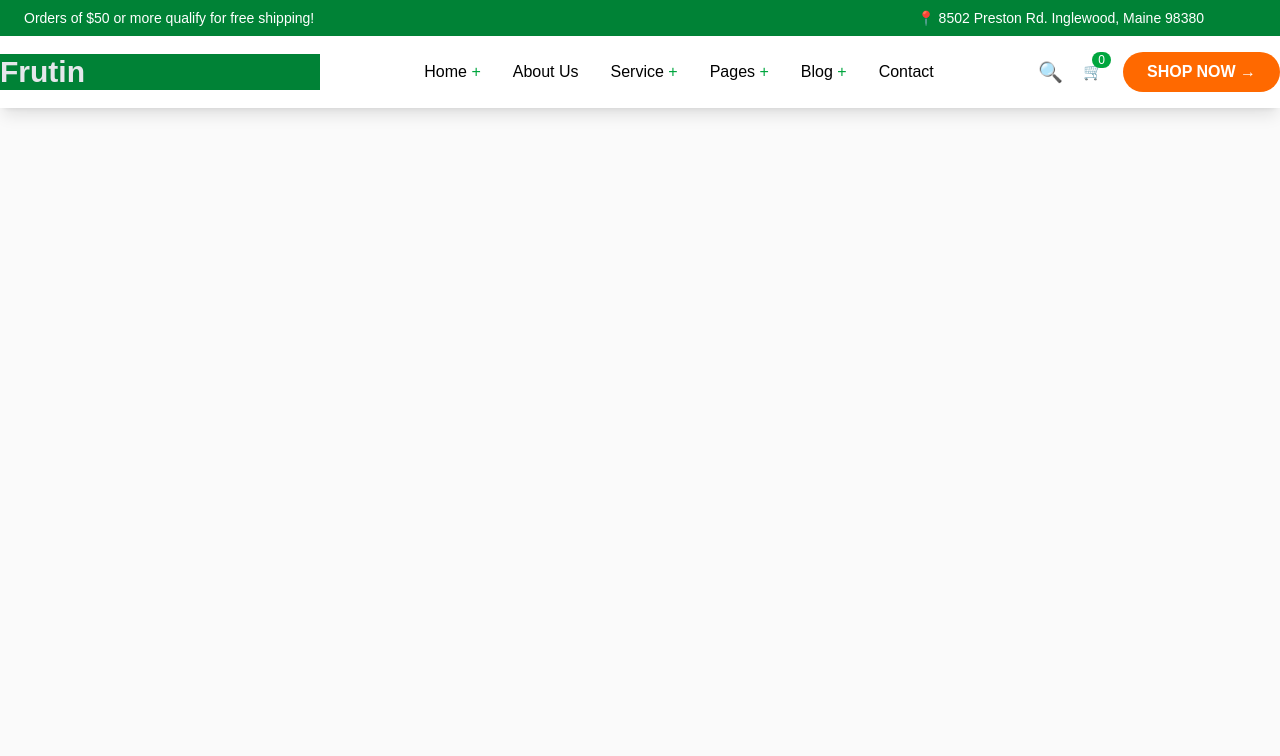
Repository: sawon687/Ass-scic-9-Ecomerce-Project
Page: /
An editor plug-in stored every save of this project. The page is shown before and after the next save, followed by the edit.
The browser window is 1280 px wide. The pictures show the whole page.
The project was rebuilt for these pictures with package versions that can differ from the ones it lists, and the page was loaded fresh each time. The framework's server and built-in components were replaced by stand-ins that run in the browser. Also part of the build but not shown: next.config.mjs.

Above is the page before, as saved 2026-01-13 23:01:05.

### src/app/layout.js
import { Geist, Geist_Mono } from "next/font/google";
import "./globals.css";
import Navbar from "./Components/Navbar/Navbar";

const geistSans = Geist({
  variable: "--font-geist-sans",
  subsets: ["latin"],
});

const geistMono = Geist_Mono({
  variable: "--font-geist-mono",
  subsets: ["latin"],
});

export const metadata = {
  title: "Create Next App",
  description: "Generated by create next app",
};

export default function RootLayout({ children }) {
  return (
    <html lang="en">
      <body
        className={`${geistSans.variable} ${geistMono.variable} antialiased`}
      >
        <Navbar></Navbar>
        {children}
      </body>
    </html>
  );
}

### src/app/page.jsx
import Image from "next/image";

export default function Home() {
  return (
    <div className="flex min-h-screen items-center justify-center bg-zinc-50 ">

    </div>
  );
}

### src/app/globals.css
@import "tailwindcss";

:root {
  --background: #ffffff;

}



body {
  background: var(--background);
  color: var(--foreground);
  font-family: Arial, Helvetica, sans-serif;
}


.brand-wrap {
  width: 420px;
  height: 160px;
  background: #0a7a0a; /* green */
  clip-path: polygon(
    0 0,
    85% 0,
    100% 100%,
    0 100%
  );
  display: flex;
  align-items: center;
  padding-left: 40px;
}

### src/app/Components/Navbar/Navbar.jsx
import React from 'react';

const Navbar = () => {
    return (
        <div className=''>
           {/* <!-- TOP INFO BAR --> */}
<div class="bg-green-700 text-white text-sm">
  <div class="max-w-7xl mx-auto flex justify-between items-center px-6 py-2">
    <p>Orders of $50 or more qualify for free shipping!</p>
    <div class="flex items-center gap-4">
      <span>📍 8502 Preston Rd. Inglewood, Maine 98380</span>
      <span class="flex gap-3">
        <i class="fab fa-facebook-f"></i>
        <i class="fab fa-twitter"></i>
        <i class="fab fa-instagram"></i>
        <i class="fab fa-linkedin-in"></i>
      </span>
    </div>
  </div>
</div>

{/* <!-- MAIN NAVBAR --> */}
<nav class="bg-white w-full fixed shadow-lg">
  <div class="max-w-7xl mx-auto  py-4 flex items-center justify-between">

    {/* <!-- LOGO --> */}
    <div class="flex items-center .brand-wrap  gap-2 h-full bg-green-700  w-xs">
      <span class="text-3xl font-bold text-gray-200">Frutin</span>
    </div>

    {/* <!-- MENU --> */}
    <ul class="hidden md:flex items-center gap-8 font-medium">
      <li class="hover:text-green-600 cursor-pointer">Home <span class="text-green-600">+</span></li>
      <li class="hover:text-green-600 cursor-pointer">About Us</li>
      <li class="hover:text-green-600 cursor-pointer">Service <span class="text-green-600">+</span></li>
      <li class="hover:text-green-600 cursor-pointer">Pages <span class="text-green-600">+</span></li>
      <li class="hover:text-green-600 cursor-pointer">Blog <span class="text-green-600">+</span></li>
      <li class="hover:text-green-600 cursor-pointer">Contact</li>
    </ul>

    {/* <!-- RIGHT ACTIONS --> */}
    <div class="flex items-center gap-5">
      {/* <!-- Search --> */}
      <button class="text-xl">🔍</button>

      {/* <!-- Cart --> */}
      <div class="relative">
        🛒
        <span class="absolute -top-2 -right-2 bg-green-600 text-white text-xs px-1.5 rounded-full">
          0
        </span>
      </div>

      {/* <!-- Button --> */}
      <button class="bg-orange-500 hover:bg-orange-600 text-white px-6 py-2 rounded-full font-semibold">
        SHOP NOW →
      </button>
    </div>

  </div>
</nav>

        </div>
    );
};

export default Navbar;

After the next save:
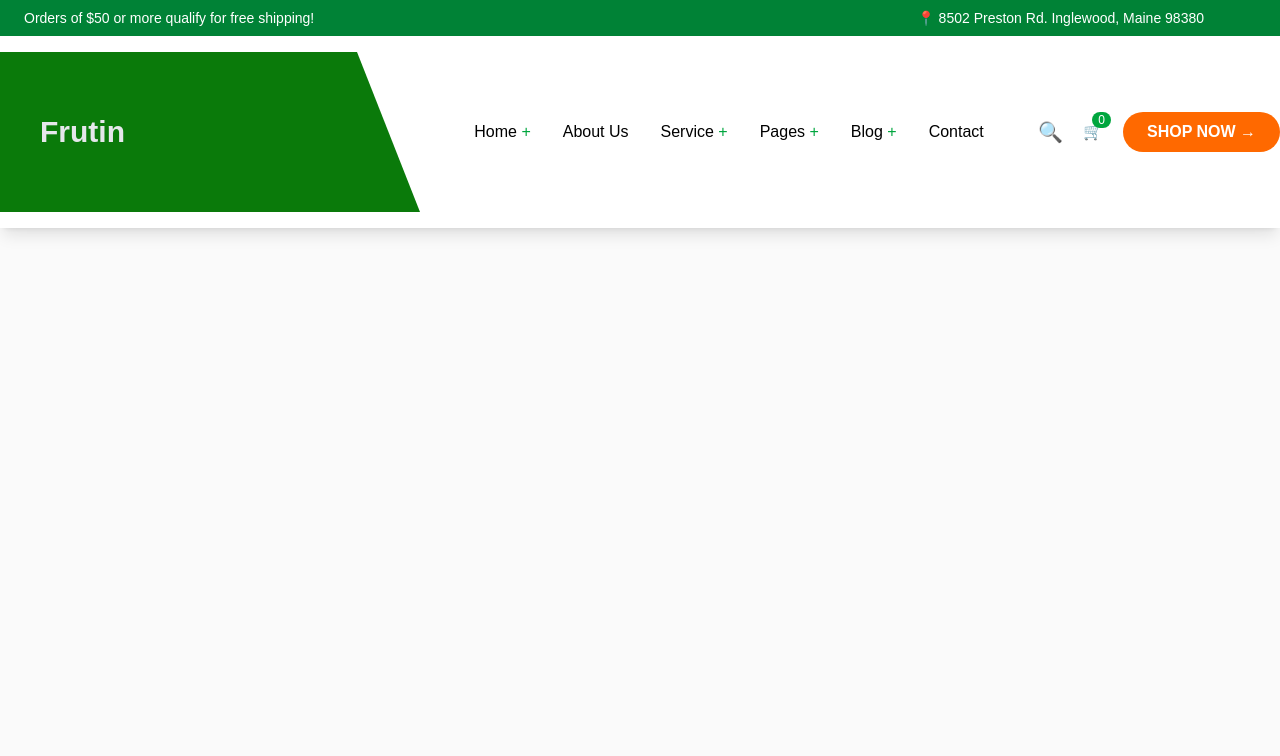
Saved 14 s later.
--- a/src/app/Components/Navbar/Navbar.jsx
+++ b/src/app/Components/Navbar/Navbar.jsx
@@ -24,7 +24,7 @@
   <div class="max-w-7xl mx-auto  py-4 flex items-center justify-between">
 
     {/* <!-- LOGO --> */}
-    <div class="flex items-center .brand-wrap  gap-2 h-full bg-green-700  w-xs">
+    <div class="flex items-center brand-wrap  gap-2 h-full bg-green-700  w-xs">
       <span class="text-3xl font-bold text-gray-200">Frutin</span>
     </div>
 
